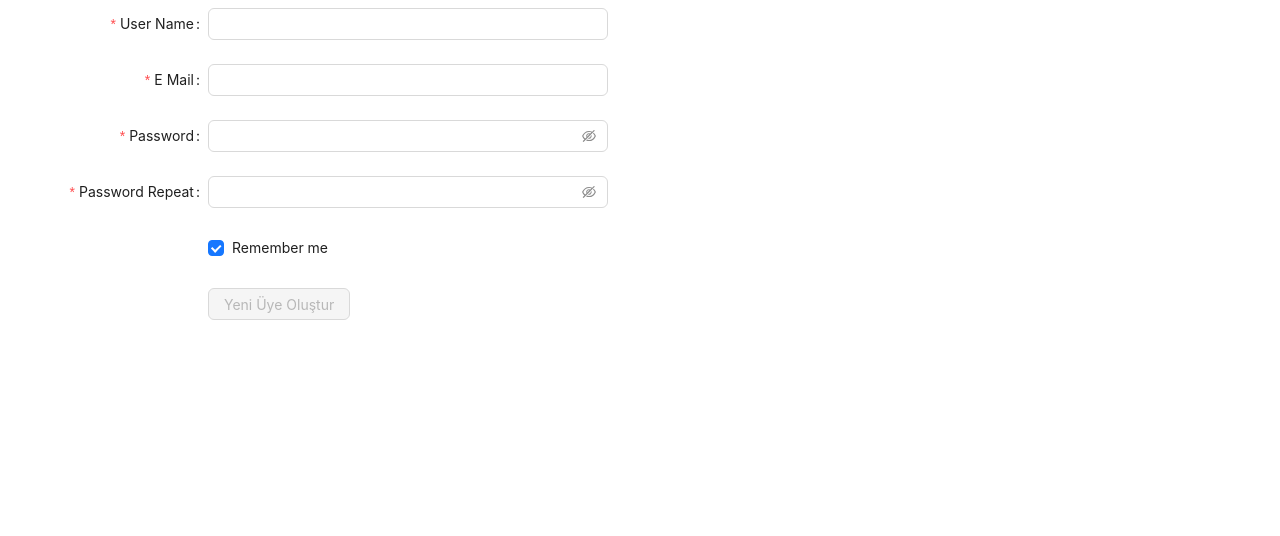
Repository: gursoyfahrettin20/startupProjectWeb
Page: /
These files come from the project's save history. The page is drawn as it stood at one moment and after the next save; the edit follows.
The browser window is 1280 px wide. The pictures show the whole page.
The project was rebuilt for these pictures with package versions that can differ from the ones it lists, and the page was loaded fresh each time. Also part of the build but not shown: vite.config.js.

Above is the page before, as saved 2024-01-16 23:07:15.

After the next save:
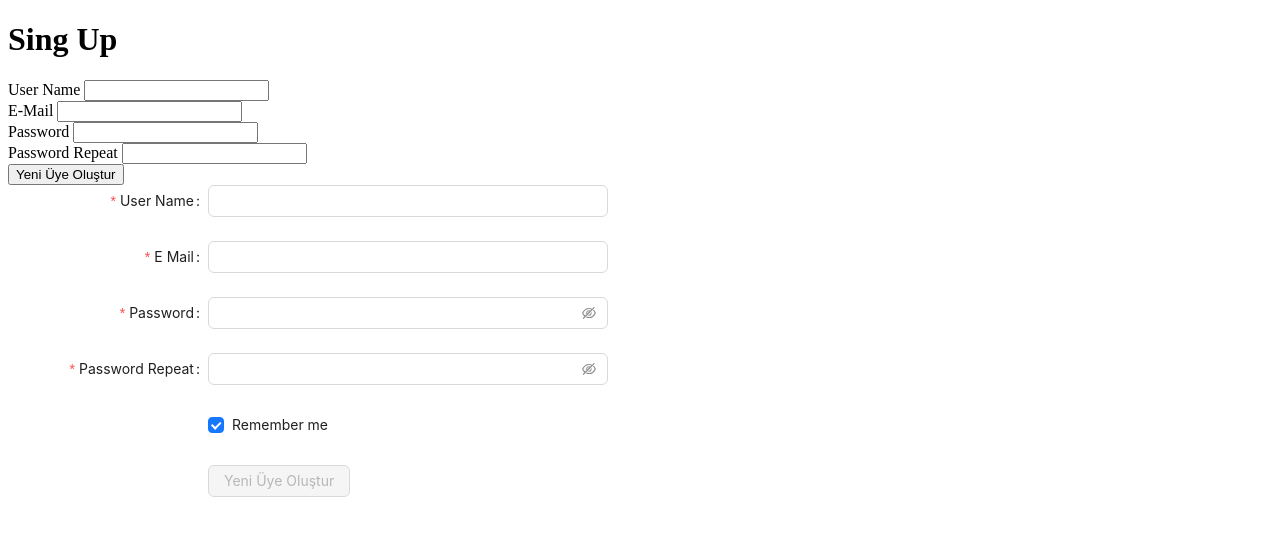
Saved 39 min 54 s later.
--- a/src/pages/SignUp/index.jsx
+++ b/src/pages/SignUp/index.jsx
@@ -65,72 +65,92 @@ function index() {
 
 
     return (
-        <Form
-            name="signUp"
-            form={form}
-            labelCol={{ span: 8, }}
-            wrapperCol={{ span: 16 }}
-            style={{ maxWidth: 600, }}
-            initialValues={{ remember: true, }}
-            onFinish={onSubmit}
-            autoComplete="off">
-            <FormItem
-                id="username"
-                name="username"
-                label="User Name"
-                autoComplete='false'
-                isPassword={false}
-                db_message={!_.isEmpty(errors) ? errors.username : ""}
-                message={'Please input your username!'}
-                onChange={(e) => setUsername(e.target.value)}
-            />
-            <FormItem
-                id="email"
-                name="email"
-                label="E Mail"
-                autoComplete='false'
-                isPassword={false}
-                db_message={!_.isEmpty(errors) ? errors.email : ""}
-                message={'Please input your email!'}
-                onChange={(e) => setEmail(e.target.value)}
-            />
-            <FormItem
-                id="password"
-                name="password"
-                label="Password"
-                isPassword={true}
-                autoComplete='false'
-                db_message={!_.isEmpty(errors) ? errors.password : ""}
-                message={'Please input your username!'}
-                onChange={(e) => setPassword(e.target.value)}
-            />
-            <FormItem
-                id="passwordRepeat"
-                name="passwordRepeat"
-                label="Password Repeat"
-                isPassword={true}
-                autoComplete='false'
-                message='Please input your password Repeat!'
-                onChange={(e) => setPasswordRepeat(e.target.value)}
-            />
-            <Form.Item
-                name="remember"
-                valuePropName="checked"
-                wrapperCol={{ offset: 8, span: 16, }}
-            >
-                <Checkbox>Remember me</Checkbox>
-            </Form.Item>
+        <>
+        <h1>Sing Up</h1>
+        <div>
+            <label htmlFor='username'> User Name </label>
+            <input id="username" type="text" />
+        </div>
+        <div>
+            <label htmlFor='email'> E-Mail </label>
+            <input id="email" type="text" />
+        </div>
+        <div>
+            <label htmlFor='password'> Password </label>
+            <input id="password" type="password" />
+        </div>
+        <div>
+            <label htmlFor='passwordRepeat'> Password Repeat </label>
+            <input id="passwordRepeat" type="password" />
+        </div>
+        <button>{apiProgress ? "Yeni Üye Oluşturuluyor..." : "Yeni Üye Oluştur"}</button>
+            <Form
+                name="signUp"
+                form={form}
+                labelCol={{ span: 8, }}
+                wrapperCol={{ span: 16 }}
+                style={{ maxWidth: 600, }}
+                initialValues={{ remember: true, }}
+                onFinish={onSubmit}
+                autoComplete="off">
+                <FormItem
+                    id="username"
+                    name="username"
+                    label="User Name"
+                    autoComplete='false'
+                    isPassword={false}
+                    db_message={!_.isEmpty(errors) ? errors.username : ""}
+                    message={'Please input your username!'}
+                    onChange={(e) => setUsername(e.target.value)}
+                />
+                <FormItem
+                    id="email"
+                    name="email"
+                    label="E Mail"
+                    autoComplete='false'
+                    isPassword={false}
+                    db_message={!_.isEmpty(errors) ? errors.email : ""}
+                    message={'Please input your email!'}
+                    onChange={(e) => setEmail(e.target.value)}
+                />
+                <FormItem
+                    id="password"
+                    name="password"
+                    label="Password"
+                    isPassword={true}
+                    autoComplete='false'
+                    db_message={!_.isEmpty(errors) ? errors.password : ""}
+                    message={'Please input your username!'}
+                    onChange={(e) => setPassword(e.target.value)}
+                />
+                <FormItem
+                    id="passwordRepeat"
+                    name="passwordRepeat"
+                    label="Password Repeat"
+                    isPassword={true}
+                    autoComplete='false'
+                    message='Please input your password Repeat!'
+                    onChange={(e) => setPasswordRepeat(e.target.value)}
+                />
+                <Form.Item
+                    name="remember"
+                    valuePropName="checked"
+                    wrapperCol={{ offset: 8, span: 16, }}
+                >
+                    <Checkbox>Remember me</Checkbox>
+                </Form.Item>
 
-            <Form.Item wrapperCol={{ offset: 8, span: 16, }}>
-                <Button type="primary" htmlType="submit" disabled={apiProgress ? apiProgress : !submittable}>
-                    <Spin style={{ display: apiProgress ? "inline" : "none" }}
-                        indicator={<LoadingOutlined style={{ fontSize: 24, marginRight: 15 }} spin />} />
-                    {apiProgress ? "Yeni Üye Oluşturuluyor..." : "Yeni Üye Oluştur"}
-                </Button>
-            </Form.Item>
-            {/* todo: notification çıkartmak konulmuştur */}
-            {contextHolder}
-        </Form>
+                <Form.Item wrapperCol={{ offset: 8, span: 16, }}>
+                    <Button type="primary" htmlType="submit" disabled={apiProgress ? apiProgress : !submittable}>
+                        <Spin style={{ display: apiProgress ? "inline" : "none" }}
+                            indicator={<LoadingOutlined style={{ fontSize: 24, marginRight: 15 }} spin />} />
+                        {apiProgress ? "Yeni Üye Oluşturuluyor..." : "Yeni Üye Oluştur"}
+                    </Button>
+                </Form.Item>
+                {/* todo: notification çıkartmak konulmuştur */}
+                {contextHolder}
+            </Form>
+        </>
     );
 }
 export default index;
